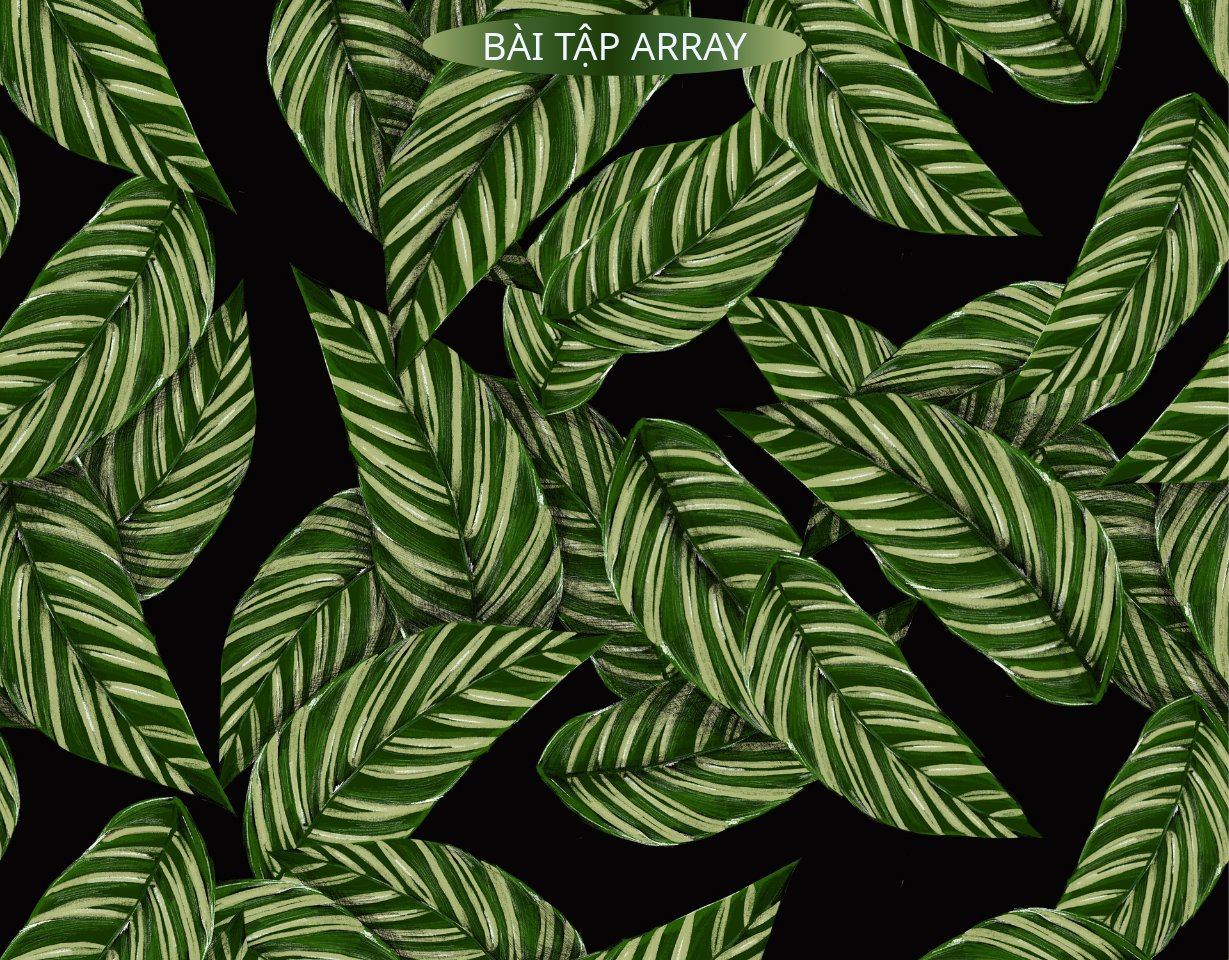
Repository: hcozyph/TranHuuPhuoc_BC43_BT_JS_Buoi7_8_ARRAY
Page: index.html
These files come from the project's save history. The page is drawn as it stood at one moment and after the next save; the edit follows.
The browser window is 1280 px wide. The pictures show the whole page, at 96% of full size.

Above is the page before, as saved 2023-02-20 21:28:42.

### index.html
<!DOCTYPE html>
<html lang="en">
    <head>
        <title>BT Array</title>
        <!-- Required meta tags -->
        <meta charset="utf-8" />
        <meta
            name="viewport"
            content="width=device-width, initial-scale=1, shrink-to-fit=no"
        />

        <!-- Bootstrap CSS v5.2.1 -->
        <link
            href="https://cdn.jsdelivr.net/npm/bootstrap@5.2.1/dist/css/bootstrap.min.css"
            rel="stylesheet"
            integrity="sha384-iYQeCzEYFbKjA/T2uDLTpkwGzCiq6soy8tYaI1GyVh/UjpbCx/TYkiZhlZB6+fzT"
            crossorigin="anonymous"
        />

        <!-- index.css -->
        <link rel="stylesheet" href="./css/index.css" />
    </head>

    <body>
        <div class="container">
            <div class="bt-array-title">
                <h1 class="text-center py-2">BÀI TẬP ARRAY</h1>
            </div>

            <div class="bt-array-content">
                <div class="bt1"></div>
            </div>
        </div>

        <!-- Bootstrap JavaScript Libraries -->
        <script
            src="https://cdn.jsdelivr.net/npm/@popperjs/core@2.11.6/dist/umd/popper.min.js"
            integrity="sha384-oBqDVmMz9ATKxIep9tiCxS/Z9fNfEXiDAYTujMAeBAsjFuCZSmKbSSUnQlmh/jp3"
            crossorigin="anonymous"
        ></script>

        <script
            src="https://cdn.jsdelivr.net/npm/bootstrap@5.2.1/dist/js/bootstrap.min.js"
            integrity="sha384-7VPbUDkoPSGFnVtYi0QogXtr74QeVeeIs99Qfg5YCF+TidwNdjvaKZX19NZ/e6oz"
            crossorigin="anonymous"
        ></script>

        <!-- method.js -->
        <link rel="stylesheet" href="./js/method.js" />

        <!-- index.js -->
        <script src="./js/index.js"></script>
    </body>
</html>

### css/index.css
* {
    margin: 0;
    padding: 0;
    box-sizing: border-box;
}

.container {
    margin: 0 auto;
    max-width: 1440px;

    background-image: url(../img/2.jpg);
    background-size: cover;
    background-position: center;
    background-repeat: no-repeat;

    height: 1000px;
    padding-top: 15px;
}

.bt-array-title {
    display: block;
    margin: 0 auto;
    width: 400px;
    border-radius: 50%;

    font-size: 40px;
    font-weight: 700;
    /* background-color: red; */
    color: aliceblue;
    background: rgb(156, 173, 110);
    background: linear-gradient(
        90deg,
        rgba(156, 173, 110, 1) 0%,
        rgba(156, 173, 110, 1) 0%,
        rgba(60, 94, 39, 1) 25%,
        rgba(56, 94, 40, 1) 29%,
        rgba(27, 57, 5, 1) 49%,
        rgba(54, 94, 41, 1) 63%,
        rgba(65, 103, 49, 1) 74%,
        rgba(156, 173, 110, 1) 95%
    );
}

/* .bt-array-content {
} */

Loaded but not shown: js/index.js (no copy from this time; the picture is the same without it); js/method.js (no stored copy; drawn as an empty file)

After the next save:
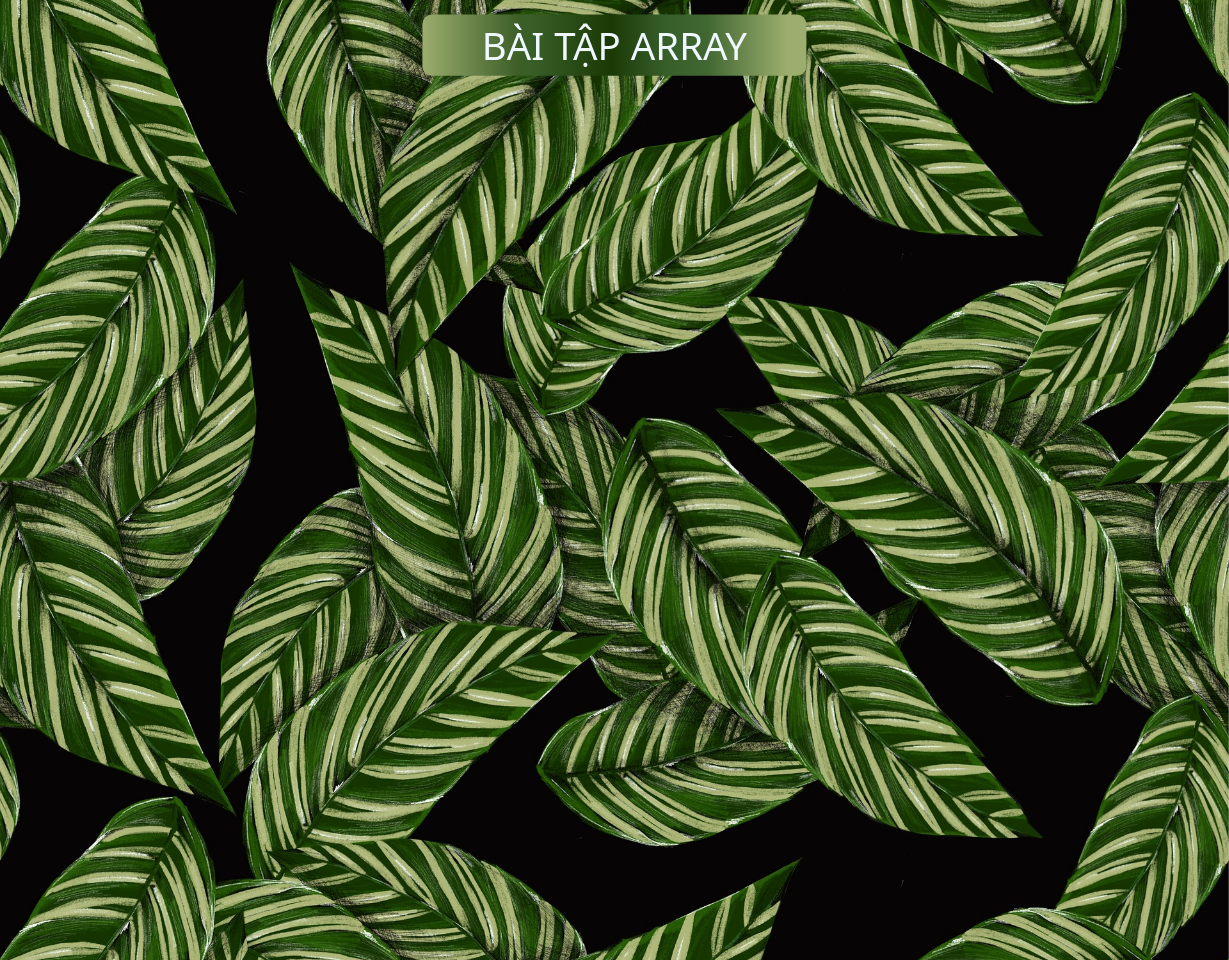
Saved 10 s later.
--- a/css/index.css
+++ b/css/index.css
@@ -21,7 +21,7 @@
     display: block;
     margin: 0 auto;
     width: 400px;
-    border-radius: 50%;
+    border-radius: 10px 10px;
 
     font-size: 40px;
     font-weight: 700;
